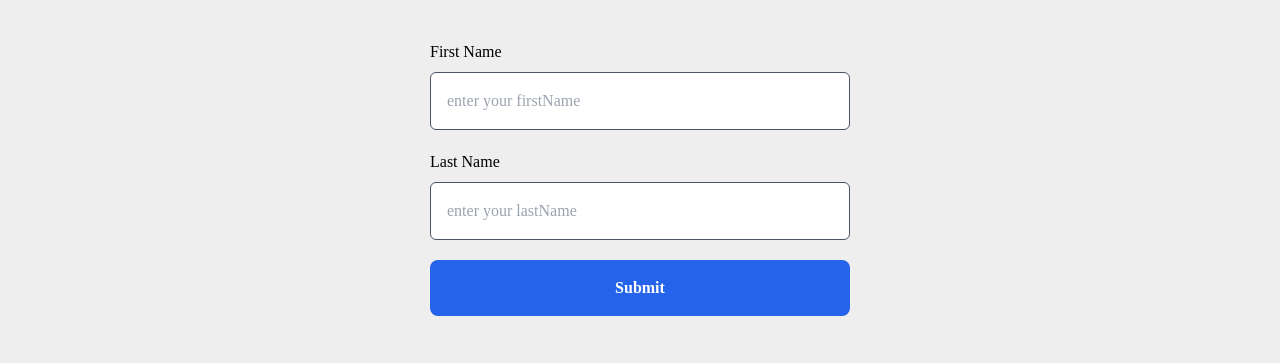
Repository: 16-Doffy/Fe-Khhoahoc
Page: /
The author's editor kept a copy of each file at every save. The page is drawn from the files as they stood at one save, then again after the next save.
The browser window is 1280 px wide. The pictures show the whole page.
The project was rebuilt for these pictures with package versions that can differ from the ones it lists, and the page was loaded fresh each time. Also part of the build but not shown: src/App.css.

Above is the page before, as saved 2025-02-11 19:53:13.

### src/index.js
import React from 'react';
import ReactDOM from 'react-dom/client';
import './index.css';
import App from './App';
import reportWebVitals from './reportWebVitals';
import "./index.scss"
const root = ReactDOM.createRoot(document.getElementById('root'));
root.render(
  <React.StrictMode>
    <App />
  </React.StrictMode>
);

// If you want to start measuring performance in your app, pass a function
// to log results (for example: reportWebVitals(console.log))
// or send to an analytics endpoint. Learn more: https://bit.ly/CRA-vitals
reportWebVitals();

### src/App.js
import "./App.css";
import SignUpFormV2 from "./components/Form/SignUpFormV2";


function App() {
  return (
    <div>
      <SignUpFormV2 />
    </div>
  );
}

export default App;

//<CardList><Card2/>
// const theme = {
//   //wanna change color in the future come here to change
//   colors: {
//     blue: "#2979ff",
//   },
//   orange: "#ffa440",
// };
// {/* <ThemeProvider theme={theme}>
// <CardList>
// <Card2 secondary={true}></Card2>
// <Card2 secondary={false}></Card2>
// <Card2 secondary={true}></Card2>
// <Card2 secondary={false}></Card2>
// <Card2 secondary={true}></Card2>
//  </CardList>
// </ThemeProvider> */}

### src/index.scss
@tailwind base;
@tailwind components;
@tailwind utilities;

@layer base {
    @import url("https://fonts.googleapis.com/css2?family=Poppins:ital,wght@0,100;0,200;0,300;0,400;0,500;0,600;0,700;0,800;0,900;1,100;1,200;1,300;1,400;1,500;1,600;1,700;1,800;1,900&display=swap");
    body{
        font-family: "Poppins", serif;
    }
}
.skeleton {
    background-color: #eee;
    background-image: linear-gradient(110deg, #ececec, 8%,#f5f5f5, 18% , #ececec, 33%);
    border-radius: 5px;
    background-size: 200% 100%;
    animation:  1.5 shine linear infinite;
}
@keyframes shine {
    to {
        background-position-x:-200% ;
    }
}

### src/components/Form/SignUpFormV2.js
import React from "react";
import { Formik, Form, Field, ErrorMessage } from "formik";
import * as Yup from "yup";

const SignUpFormV2 = () => {
  return (
    <Formik
      initialValues={{
        firstName: "",
        lastName: "",
      }}
      validationSchema={Yup.object({
        firstName: Yup.string()
          .max(20, "Must be 20 characters or less")
          .required("Required"),
        lastName: Yup.string()
          .max(10, "Must be 10 characters or less")
          .required("Required"),
      })}
      onSubmit={(values) => {
        console.log("value", values);
      }}
    >
      <Form className="p-10 w-full max-w-[500px] mx-auto">
        <div className="flex flex-col gap-2 mb-5">
          <label htmlFor="firstName">First Name</label>
          <Field
            name="firstName"
            type="text"
            placeholder="enter your firstName"
            className="p-4 rounded-md border border-gray-600"
          ></Field>
          <ErrorMessage name="firstName"></ErrorMessage>
        </div>

        <div className="flex flex-col gap-2 mb-5">
          <label htmlFor="lastName">Last Name</label>
          <Field
            name="lastName"
            type="text"
            placeholder="enter your lastName"
            className="p-4 rounded-md border border-gray-600"
          ></Field>
          <ErrorMessage name="lastName"></ErrorMessage>
        </div>

        <div>
          <button
            type="submit"
            className="w-full p-4 bg-blue-600 text-white font-semibold rounded-lg"
          >
            Submit
          </button>
        </div>
      </Form>
    </Formik>
  );
};

export default SignUpFormV2;

### tailwind.config.js
/** @type {import('tailwindcss').Config} */
module.exports = {
  mode: "jit",
  content: ["./src/**/*.{html,js}"],
  theme: {
    extend: {
      backgroundImage: {
        'radiant': `linear-gradient(0.25turn, #3f87a6, #ebf8e1, #f69d3c)`,
        'footer-texture': "url('/img/footer-texture.png')", // Sửa ở đây
        'secondary-radiant': `linear-gradient(#e66465, #9198e5)`,
      },
    },
  },
  plugins: [],
}

Loaded but not shown: public/index.html (common file); src/index.css (common file); src/reportWebVitals.js (common file)

After the next save:
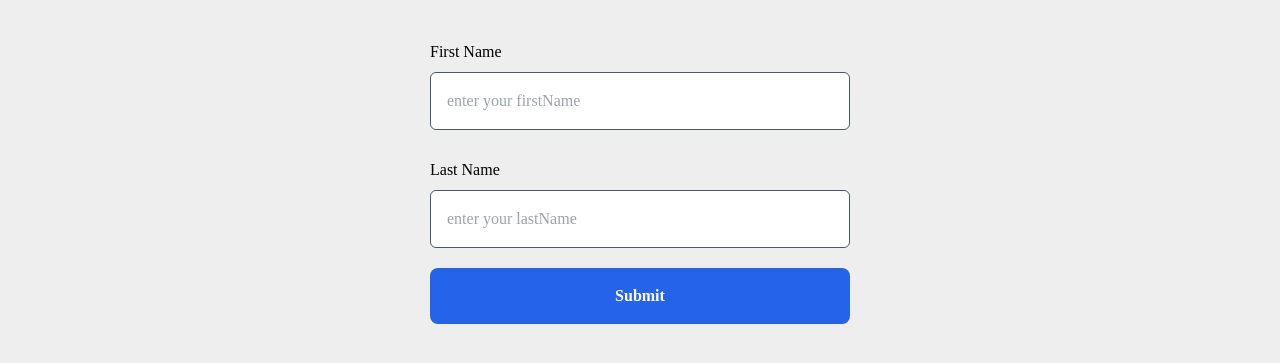
Saved 52 s later.
--- a/src/components/Form/SignUpFormV2.js
+++ b/src/components/Form/SignUpFormV2.js
@@ -30,7 +30,8 @@ const SignUpFormV2 = () => {
             placeholder="enter your firstName"
             className="p-4 rounded-md border border-gray-600"
           ></Field>
-          <ErrorMessage name="firstName"></ErrorMessage>
+          <div className="text-sm"></div>
+          <ErrorMessage name="firstName" ></ErrorMessage>
         </div>
 
         <div className="flex flex-col gap-2 mb-5">
